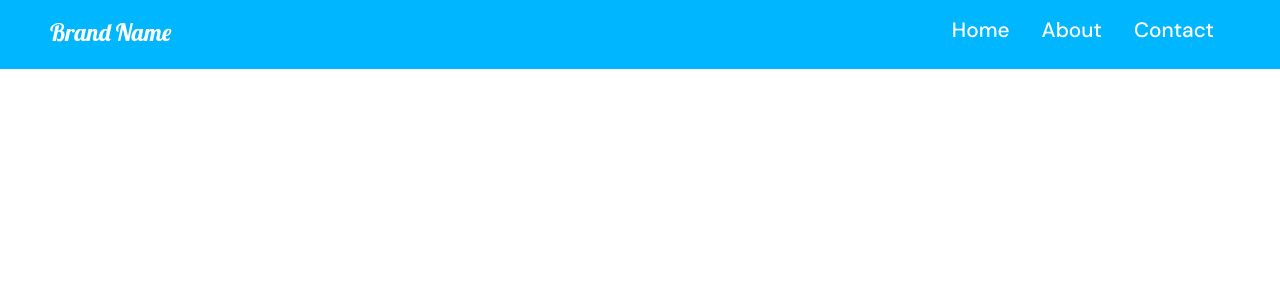
Repository: Jrap-bit/PeriodofSharing
Page: index.html
The author's editor kept a copy of each file at every save. The page is drawn from the files as they stood at one save, then again after the next save.
The browser window is 1280 px wide. The pictures show the whole page.

Above is the page before, as saved 2022-01-13 21:17:59.

### index.html
<!DOCTYPE html>
<html lang="en">
<head>
    <meta charset="UTF-8">
    <meta http-equiv="X-UA-Compatible" content="IE=edge">
    <meta name="viewport" content="width=device-width, initial-scale=1.0">
    <link rel='stylesheet' href = 'style.css'>
    <title>Women</title>
</head>
<body>
    <nav class="navbar">
        <div class="brand-title">
            Brand Name
        </div>
        <a href="#" class="toggle-button">
            <span class="bar"></span>
            <span class="bar"></span>
            <span class="bar"></span>
        </a>
        <div class="navbar-links">
            <ul>
                <li><a href="#Home">Home</a></li>
                <li><a href="#About">About</a></li>
                <li><a href="#Contact">Contact</a></li>
            </ul>
        </div>
    </nav>
</body>
</html>

### style.css
@import url('https://fonts.googleapis.com/css2?family=DM+Sans:wght@500&display=swap');
@import url('https://fonts.googleapis.com/css2?family=Bebas+Neue&family=Lobster&display=swap');

* {
    box-sizing: border-box;
    font-family: 'DM Sans', sans-serif;
}

body {
    margin: 0;
    padding: 0;
}

html{
    scroll-behavior: smooth;
}

.navbar{
    display: flex;
    justify-content: space-between;
    align-items: center;
    background-color: rgb(0, 183, 255);
    color: white;

}

.brand-title{
    font-family: 'Lobster', cursive;
    font-size: 1.5rem;
    margin: 10px 50px;
    margin-bottom: 15px;

}

.navbar-links ul{
    margin: 0 50px;
    margin-bottom: 10px;
    padding: 0;
    display: flex;
}

.navbar-links li {
    font-family: 'Bebas Neue', cursive;
    list-style: none;
    font-size: 1.3rem;

}

.navbar-links li a{
    text-decoration: none;
    color: white;
    padding: 1rem;
    display: block;
}

.navbar-links li:hover{
    background-color: rgb(1, 54, 75);
}

.toggle-button {
    position: absolute;
    top: .75rem;
    right: 1rem;
    display: none;
    flex-direction: column;
    justify-content: space-between;
    width: 30px;
    height: 21px;
}

.toggle-button .bar{
    height: 3px;
    width: 100%;
    background-color: white;
    border-radius: 10px;
}

@media (max-width: 800px) {
    .toggle-button{
        display: flex;
    }
    .navbar-links{
        display: none;
        width: 100%;
    }

    .navbar{
        flex-direction: column;
        align-items: flex-start;
    }

    .navbar-links ul {
        flex-direction: column;
        width: 100%;

    }

    .navbar-links li{
        text-align: center;
    }

    .navbar-links li a{
        padding: 0.5rem 1rem;
    }

    .navbar-links.active{
        display: flex;
    }

    .toggle-button:hover{
        background-color: #666;
    }
}

After the next save:
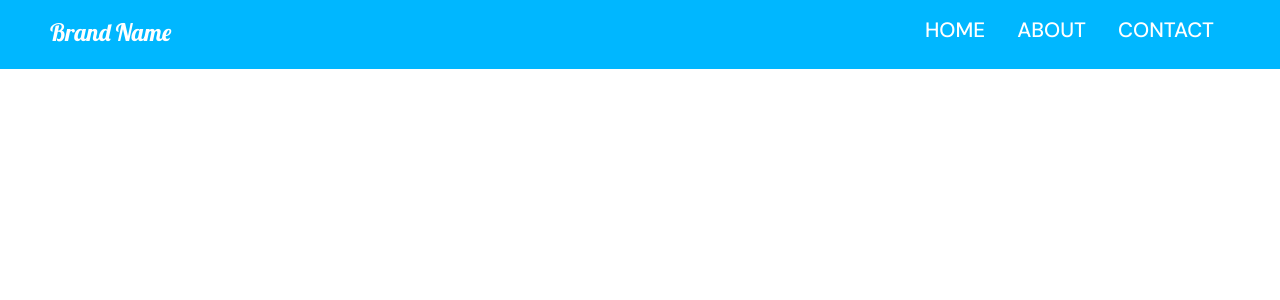
Saved 118 s later.
--- a/index.html
+++ b/index.html
@@ -19,9 +19,9 @@
         </a>
         <div class="navbar-links">
             <ul>
-                <li><a href="#Home">Home</a></li>
-                <li><a href="#About">About</a></li>
-                <li><a href="#Contact">Contact</a></li>
+                <li><a href="#Home">HOME</a></li>
+                <li><a href="#About">ABOUT</a></li>
+                <li><a href="#Contact">CONTACT</a></li>
             </ul>
         </div>
     </nav>
